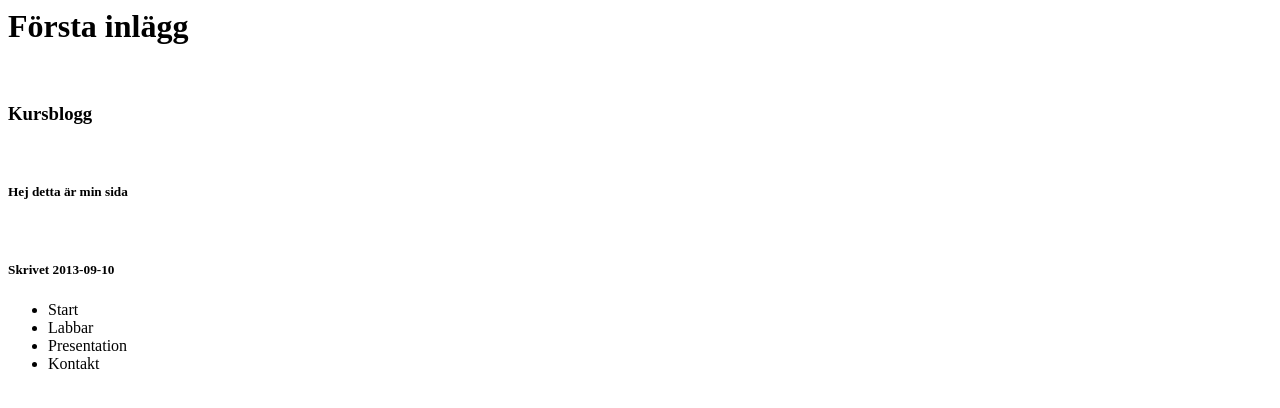
Repository: ps222jh/1ik415-laborationer
Page: Pages/presentation.html
The author's editor kept a copy of each file at every save. The page is drawn from the files as they stood at one save, then again after the next save.
The browser window is 1280 px wide. The pictures show the whole page.

Above is the page before, as saved 2013-09-12 18:45:15.

### Pages/presentation.html
<html>
<head>
<title>Min sida</title>
</head>
<body><h1>Första inlägg</h1>
<br />
<h3>Kursblogg</h3>
<br />
<h5>Hej detta är min sida</h5>
<br />
<h5>Skrivet 2013-09-10</h5>
<ul>
<li>Start</li>
<li>Labbar</li>
<li>Presentation</li>
<li>Kontakt</li>
</ul>
</body>
</html>

After the next save:
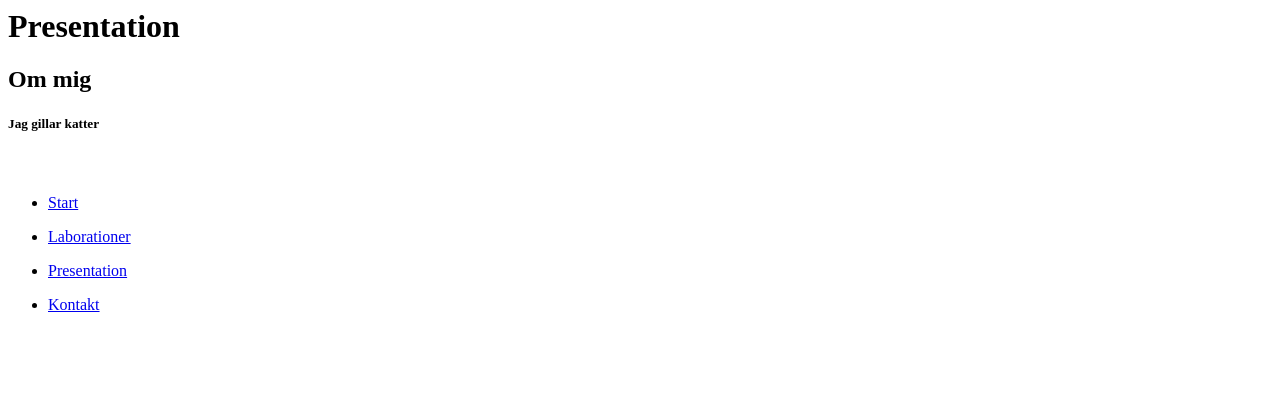
Saved 116 s later.
--- a/Pages/presentation.html
+++ b/Pages/presentation.html
@@ -2,18 +2,16 @@
 <head>
 <title>Min sida</title>
 </head>
-<body><h1>Första inlägg</h1>
+<body><h1>Presentation</h1>
+<h2>Om mig</h2>
+<h5>Jag gillar katter</h5>
 <br />
-<h3>Kursblogg</h3>
-<br />
-<h5>Hej detta är min sida</h5>
-<br />
-<h5>Skrivet 2013-09-10</h5>
+<h5></h5>
 <ul>
-<li>Start</li>
-<li>Labbar</li>
-<li>Presentation</li>
-<li>Kontakt</li>
+<li><p><a href="index.html">Start</a></p></li>
+<li><p><a href="Laborationer.html">Laborationer</a></p></li>
+<li><p><a href="presentation.html">Presentation</a></p></li>
+<li><p><a href="Kontakt.html">Kontakt</a></p></li>
 </ul>
 </body>
 </html>
